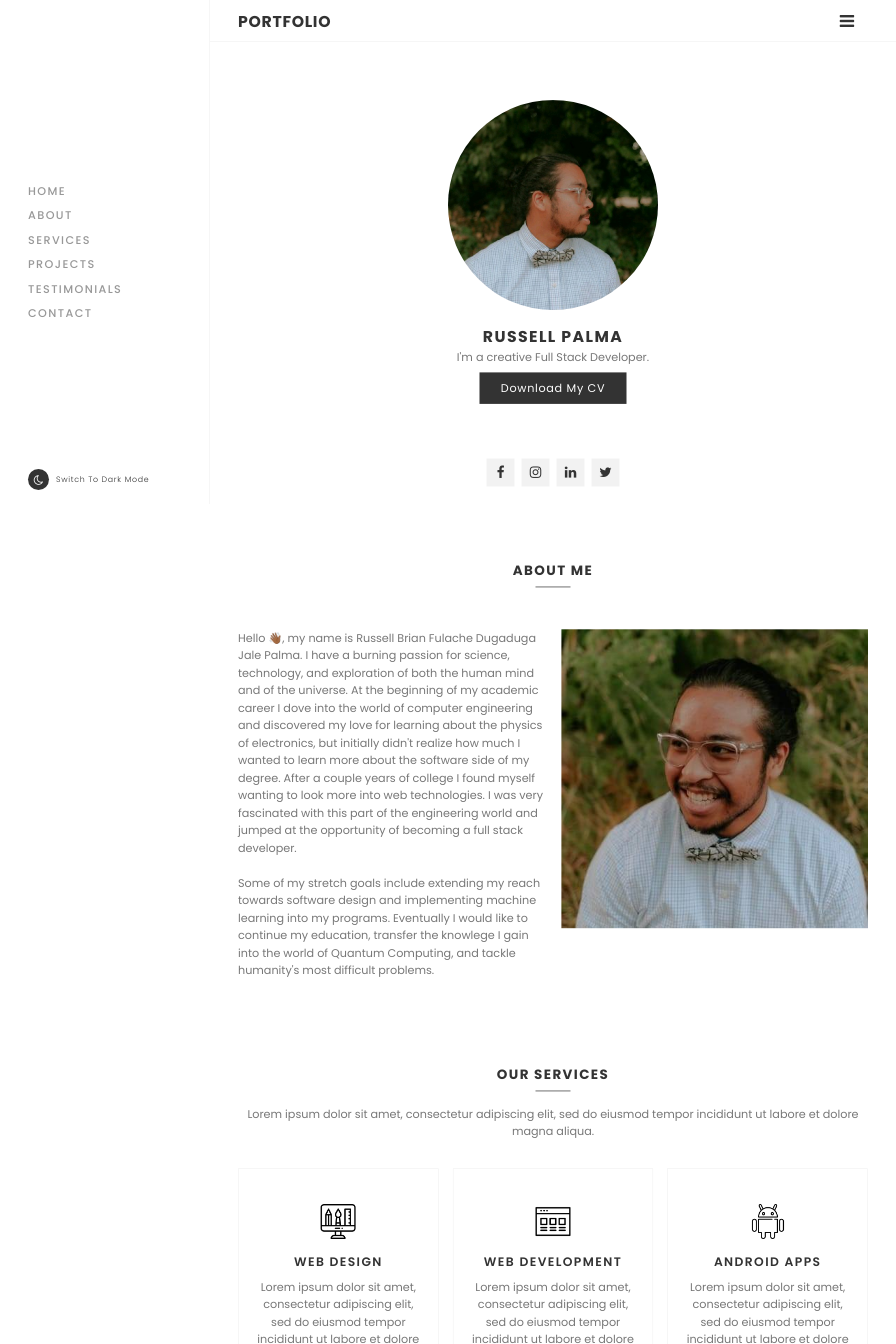
Repository: RussPalms/portforlio-1
Page: index.html
These files come from the project's save history. The page is drawn as it stood at one moment and after the next save; the edit follows.
The browser window is 1280 px wide. The pictures show the part of the page from y = 0 to 1920 px (the page is 5693 px tall), at 70% of full size.

Above is the page before, as saved 2021-11-28 16:18:06.

### index.html
<!DOCTYPE html>
<html>
	<head>
		<meta name="viewport" content="width=device-width, initial-scale=1.0" />
		<title>Complete Responsive Portfolio Website</title>
		<link
			rel="stylesheet"
			href="https://cdnjs.cloudflare.com/ajax/libs/font-awesome/4.7.0/css/font-awesome.css"
			integrity="sha512-5A8nwdMOWrSz20fDsjczgUidUBR8liPYU+WymTZP1lmY9G6Oc7HlZv156XqnsgNUzTyMefFTcsFH/tnJE/+xBg=="
			crossorigin="anonymous"
			referrerpolicy="no-referrer"
		/>
		<link rel="stylesheet" type="text/css" href="style.css" />
	</head>
	<body>
		<div class="container">
			<div class="navigation">
				<ul>
					<li><a href="#banner" onclick="toggleMenu();">Home</a></li>
					<li><a href="#about" onclick="toggleMenu();">About</a></li>
					<li><a href="#services" onclick="toggleMenu();">Services</a></li>
					<li><a href="#projects" onclick="toggleMenu();">Projects</a></li>
					<li><a href="#testimonials" onclick="toggleMenu();">Testimonials</a></li>
					<li><a href="#contact" onclick="toggleMenu();">Contact</a></li>
				</ul>
				<div class="themeSwitch"></div>
			</div>
			<div class="main">
				<div class="topbar">
					<a href="#" class="logo">Portfolio</a>
					<div class="toggle">
						<i class="fa fa-bars" aria-hidden="true"></i>
					</div>
				</div>

				<section class="banner" id="banner">
					<div class="content">
						<div class="imgBx">
							<img src="images/user.jpeg" />
						</div>
						<h3>Russell Palma</h3>
						<p>I'm a creative Full Stack Developer.</p>
						<a href="resume/index.html" class="btn"
							>Download My CV</a
						>
						<ul class="socialMedia">
							<li>
								<a href="#"
									><i
										class="fa fa-facebook"
										aria-hidden="true"
									></i
								></a>
							</li>
							<li>
								<a href="#"
									><i
										class="fa fa-instagram"
										aria-hidden="true"
									></i
								></a>
							</li>
							<li>
								<a href="#"
									><i
										class="fa fa-linkedin"
										aria-hidden="true"
									></i
								></a>
							</li>
							<li>
								<a href="#"
									><i
										class="fa fa-twitter"
										aria-hidden="true"
									></i
								></a>
							</li>
						</ul>
					</div>
				</section>

				<section class="about adjust" id="about">
					<div class="title">
						<h2>About Me</h2>
					</div>
					<div class="content">
						<div class="textBox">
							<p>
								Hello 👋🏾, my name is Russell Brian Fulache Dugaduga Jale Palma.
								I have a burning passion for science,
								technology, and exploration of both the human mind and of the universe.
								At the beginning of my academic career I
								dove into the world of computer engineering and discovered my love for
								learning about the physics of electronics,
								but initially didn't realize how much I wanted to learn
								more about the software side of my degree. After a couple years of
								college I found myself wanting to look more into web
								technologies. I was very fascinated with this
								part of the engineering world and jumped at the
								opportunity of becoming a full stack developer.
								<br /><br />Some of my stretch goals include
								extending my reach towards software design and implementing
								machine learning into my programs. Eventually I
								would like to continue my education, transfer
								the knowlege I gain into the world of Quantum
								Computing, and tackle humanity's most difficult
								problems.
							</p>
						</div>
						<div class="imgBc">
							<img src="resume/me.jpg" />
						</div>
					</div>
				</section>

				<section class="services adjust" id="services">
					<div class="title">
						<h2>Our Services</h2>
						<p>
							Lorem ipsum dolor sit amet, consectetur adipiscing
							elit, sed do eiusmod tempor incididunt ut labore et
							dolore magna aliqua.
						</p>
					</div>
					<div class="content">
						<div class="serviceBox">
							<img src="images/icon1.png" />
							<h2>Web Design</h2>
							<p>
								Lorem ipsum dolor sit amet, consectetur
								adipiscing elit, sed do eiusmod tempor
								incididunt ut labore et dolore magna aliqua.
								Fusce id velit ut tortor.
							</p>
						</div>
						<div class="serviceBox">
							<img src="images/icon2.png" />
							<h2>Web Development</h2>
							<p>
								Lorem ipsum dolor sit amet, consectetur
								adipiscing elit, sed do eiusmod tempor
								incididunt ut labore et dolore magna aliqua.
								Fusce id velit ut tortor.
							</p>
						</div>
						<div class="serviceBox">
							<img src="images/icon3.png" />
							<h2>Android Apps</h2>
							<p>
								Lorem ipsum dolor sit amet, consectetur
								adipiscing elit, sed do eiusmod tempor
								incididunt ut labore et dolore magna aliqua.
								Fusce id velit ut tortor.
							</p>
						</div>
						<div class="serviceBox">
							<img src="images/icon4.png" />
							<h2>Photography</h2>
							<p>
								Lorem ipsum dolor sit amet, consectetur
								adipiscing elit, sed do eiusmod tempor
								incididunt ut labore et dolore magna aliqua.
								Fusce id velit ut tortor.
							</p>
						</div>
						<div class="serviceBox">
							<img src="images/icon5.png" />
							<h2>Content Writing</h2>
							<p>
								Lorem ipsum dolor sit amet, consectetur
								adipiscing elit, sed do eiusmod tempor
								incididunt ut labore et dolore magna aliqua.
								Fusce id velit ut tortor.
							</p>
						</div>
						<div class="serviceBox">
							<img src="images/icon6.png" />
							<h2>Video Editing</h2>
							<p>
								Lorem ipsum dolor sit amet, consectetur
								adipiscing elit, sed do eiusmod tempor
								incididunt ut labore et dolore magna aliqua.
								Fusce id velit ut tortor.
							</p>
						</div>
					</div>
				</section>

				<section class="projects adjust" id="projects">
					<div class="title">
						<h2>Recent Work</h2>
						<p>
							Lorem ipsum dolor sit amet, consectetur adipiscing
							elit, sed do eiusmod tempor incididunt ut labore et
							dolore magna aliqua.
						</p>
					</div>
					<div class="content">
						<div class="workBx">
							<div class="imgBx">
								<img src="images/img1.jpg" />
							</div>
							<div class="textBx">
								<h3>Project 1</h3>
							</div>
						</div>
						<div class="workBx">
							<div class="imgBx">
								<img src="images/img2.jpg" />
							</div>
							<div class="textBx">
								<h3>Project 2</h3>
							</div>
						</div>
						<div class="workBx">
							<div class="imgBx">
								<img src="images/img3.jpg" />
							</div>
							<div class="textBx">
								<h3>Project 3</h3>
							</div>
						</div>
						<div class="workBx">
							<div class="imgBx">
								<img src="images/img4.jpg" />
							</div>
							<div class="textBx">
								<h3>Project 4</h3>
							</div>
						</div>
						<div class="workBx">
							<div class="imgBx">
								<img src="images/img5.jpg" />
							</div>
							<div class="textBx">
								<h3>Project 5</h3>
							</div>
						</div>
						<div class="workBx">
							<div class="imgBx">
								<img src="images/img6.jpg" />
							</div>
							<div class="textBx">
								<h3>Project 6</h3>
							</div>
						</div>
						<div class="workBx">
							<div class="imgBx">
								<img src="images/img7.jpg" />
							</div>
							<div class="textBx">
								<h3>Project 7</h3>
							</div>
						</div>
						<div class="workBx">
							<div class="imgBx">
								<img src="images/img8.jpg" />
							</div>
							<div class="textBx">
								<h3>Project 8</h3>
							</div>
						</div>
						<div class="workBx">
							<div class="imgBx">
								<img src="images/img9.jpg" />
							</div>
							<div class="textBx">
								<h3>Project 9</h3>
							</div>
						</div>
					</div>
				</section>

				<section class="testimonials adjust" id="testimonials">
					<div class="title">
						<h2>Testimonials</h2>
						<p>
							Lorem ipsum dolor sit amet, consectetur adipiscing
							elit, sed do eiusmod tempor incididunt ut labore et
							dolore magna aliqua.
						</p>
					</div>
					<div class="content">
						<div class="testimonialsBox">
							<div class="imgBx">
								<img src="images/user1.jpg" />
							</div>
							<p>
								Tortor condimentum lacinia quis vel eros. Sed
								euismod nisi porta lorem mollis aliquam ut
								porttitor leo. Sed euismod nisi porta lorem.
								Justo laoreet sit amet cursus sit amet dictum
								sit. Quam viverra orci sagittis eu volutpat odio
								facilisis mauris sit. Dui nunc mattis enim ut
								tellus elementum sagittis. Vitae nunc sed velit
								dignissim sodales. Massa sapien faucibus et
								molestie ac feugiat. Pulvinar sapien et ligula
								ullamcorper malesuada proin. Porttitor rhoncus
								dolor purus non enim praesent elementum
								facilisis leo.
							</p>
							<h4>
								Someone Famous<br /><span
									>Website Designer</span
								>
							</h4>
						</div>
						<div class="testimonialsBox">
							<div class="imgBx">
								<img src="images/user2.jpg" />
							</div>
							<p>
								Tortor condimentum lacinia quis vel eros. Sed
								euismod nisi porta lorem mollis aliquam ut
								porttitor leo. Sed euismod nisi porta lorem.
								Justo laoreet sit amet cursus sit amet dictum
								sit. Quam viverra orci sagittis eu volutpat odio
								facilisis mauris sit. Dui nunc mattis enim ut
								tellus elementum sagittis. Vitae nunc sed velit
								dignissim sodales. Massa sapien faucibus et
								molestie ac feugiat. Pulvinar sapien et ligula
								ullamcorper malesuada proin. Porttitor rhoncus
								dolor purus non enim praesent elementum
								facilisis leo.
							</p>
							<h4>
								Someone Famous<br /><span
									>Website Designer</span
								>
							</h4>
						</div>
						<div class="testimonialsBox">
							<div class="imgBx">
								<img src="images/user3.jpg" />
							</div>
							<p>
								Tortor condimentum lacinia quis vel eros. Sed
								euismod nisi porta lorem mollis aliquam ut
								porttitor leo. Sed euismod nisi porta lorem.
								Justo laoreet sit amet cursus sit amet dictum
								sit. Quam viverra orci sagittis eu volutpat odio
								facilisis mauris sit. Dui nunc mattis enim ut
								tellus elementum sagittis. Vitae nunc sed velit
								dignissim sodales. Massa sapien faucibus et
								molestie ac feugiat. Pulvinar sapien et ligula
								ullamcorper malesuada proin. Porttitor rhoncus
								dolor purus non enim praesent elementum
								facilisis leo.
							</p>
							<h4>
								Someone Famous<br /><span
									>Website Designer</span
								>
							</h4>
						</div>
						<div class="testimonialsBox">
							<div class="imgBx">
								<img src="images/user1.jpg" />
							</div>
							<p>
								Tortor condimentum lacinia quis vel eros. Sed
								euismod nisi porta lorem mollis aliquam ut
								porttitor leo. Sed euismod nisi porta lorem.
								Justo laoreet sit amet cursus sit amet dictum
								sit. Quam viverra orci sagittis eu volutpat odio
								facilisis mauris sit. Dui nunc mattis enim ut
								tellus elementum sagittis. Vitae nunc sed velit
								dignissim sodales. Massa sapien faucibus et
								molestie ac feugiat. Pulvinar sapien et ligula
								ullamcorper malesuada proin. Porttitor rhoncus
								dolor purus non enim praesent elementum
								facilisis leo.
							</p>
							<h4>
								Someone Famous<br /><span
									>Website Designer</span
								>
							</h4>
						</div>
					</div>
				</section>

				<section class="contact adjust" id="contact">
					<div class="title">
						<h2>Let's Say Hi</h2>
						<p>
							Gravida neque convallis a cras semper auctor neque
							vitae tempus.
						</p>
					</div>
					<div class="contactForm">
						<div class="row">
							<input
								type="text"
								name=""
								placeholder="first Name"
							/>
							<input
								type="text"
								name=""
								placeholder="Last Name"
							/>
						</div>
						<div class="row">
							<input
								type="text"
								name=""
								placeholder="Email address"
							/>
							<input
								type="text"
								name=""
								placeholder="Mobile No."
							/>
						</div>
						<div class="row2">
							<textarea placeholder="Message"></textarea>
						</div>
						<div class="row2">
							<input type="submit" value="Send" />
						</div>
					</div>
				</section>

                <div class="copyright">
                    <p>Copyright © 2021 PalmaView. All Rights Reserved.</p>
                <div>
			</div>
		</div>

		<script>
			let toggle = document.querySelector(".toggle");
			let topbar = document.querySelector(".topbar");
			let navigation = document.querySelector(".navigation");
			let main = document.querySelector(".main");
			let themeSwitch = document.querySelector(".themeSwitch");
			let body = document.querySelector("body");
			toggle.onclick = function () {
				toggle.classList.toggle("active");
				topbar.classList.toggle("active");
				navigation.classList.toggle("active");
				main.classList.toggle("active");
			};

			themeSwitch.onclick = function() {
				body.classList.toggle("dark");
			}

            function toggleMenu() {
                let navigation = document.querySelector(".navigation");
                let main = document.querySelector(".main");
                navigation.classList.remove("active");
				main.classList.remove("active");
            };
		</script>
	</body>
</html>

Loaded but not shown: style.css (674 lines, source omitted)

After the next save:
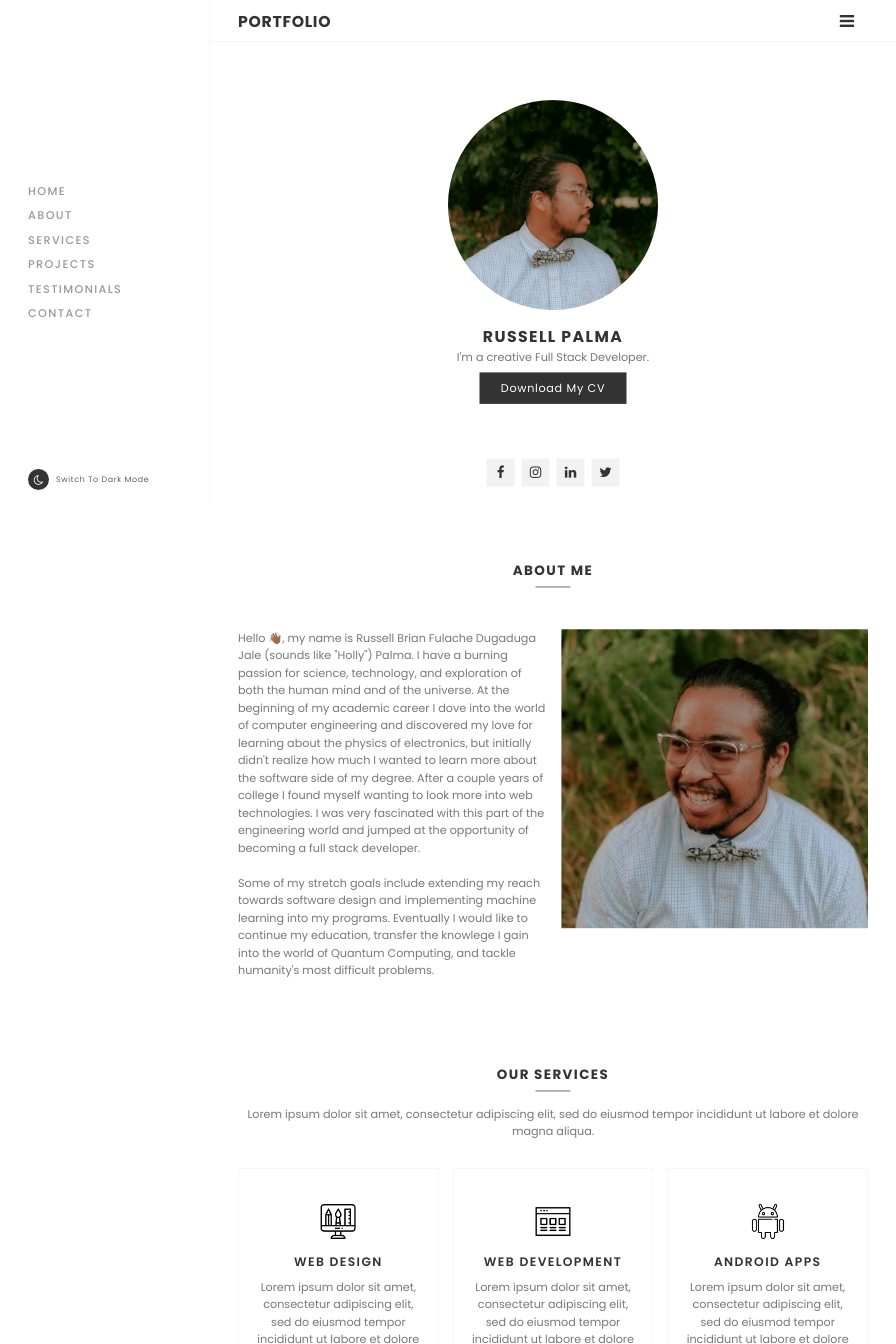
Saved 28 s later.
--- a/index.html
+++ b/index.html
@@ -87,7 +87,7 @@
 					<div class="content">
 						<div class="textBox">
 							<p>
-								Hello 👋🏾, my name is Russell Brian Fulache Dugaduga Jale Palma.
+								Hello 👋🏾, my name is Russell Brian Fulache Dugaduga Jale (sounds like "Holly") Palma.
 								I have a burning passion for science,
 								technology, and exploration of both the human mind and of the universe.
 								At the beginning of my academic career I
